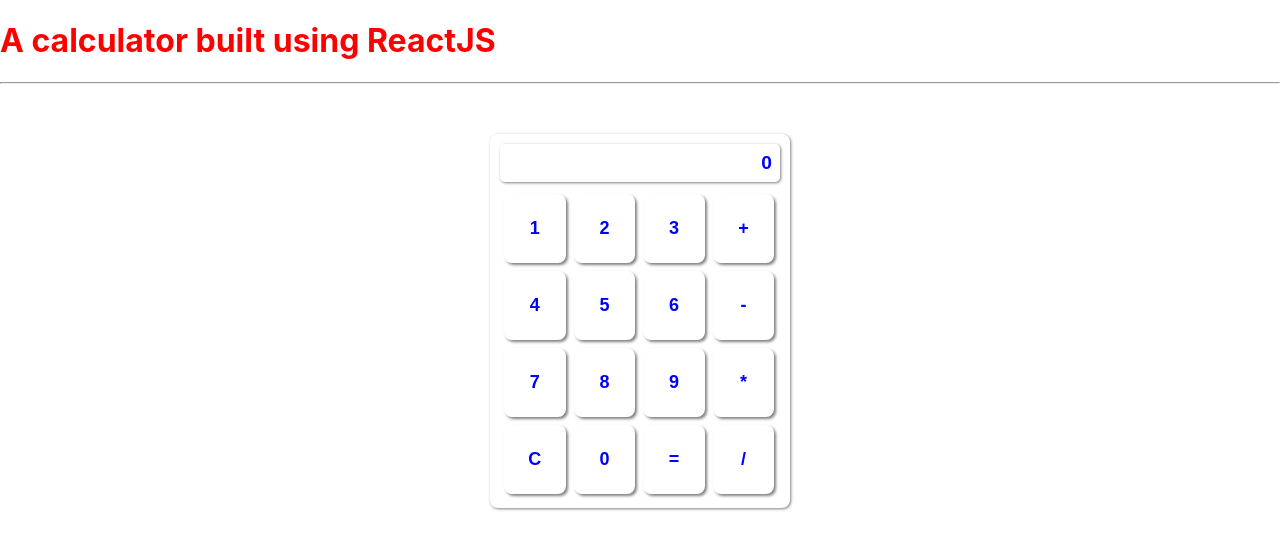
Repository: qudos4real/calculator
Page: /
The author's editor kept a copy of each file at every save. The page is drawn from the files as they stood at one save, then again after the next save.
The browser window is 1280 px wide. The pictures show the whole page.
The project was rebuilt for these pictures with package versions that can differ from the ones it lists, and the page was loaded fresh each time.

Above is the page before, as saved 2022-10-09 14:45:41.

After the next save:
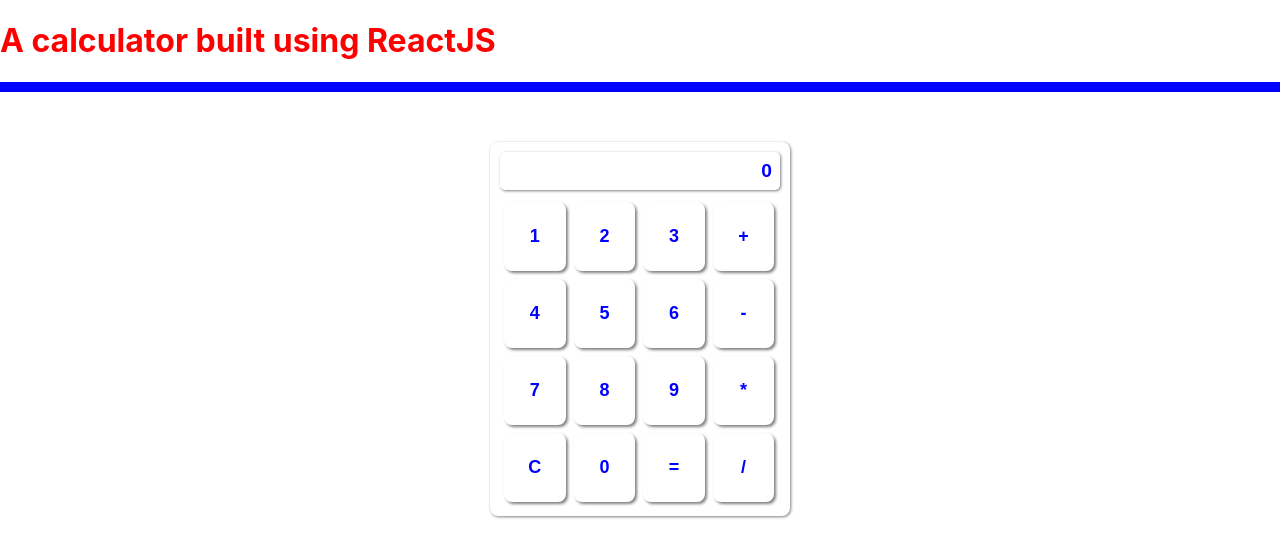
Saved 100 s later.
--- a/src/components/Title.css
+++ b/src/components/Title.css
@@ -2,6 +2,5 @@
     color: red;
 }
 hr {
-    color: blue;
-    font-weight: 900;
+    border: 5px solid blue;
 }
